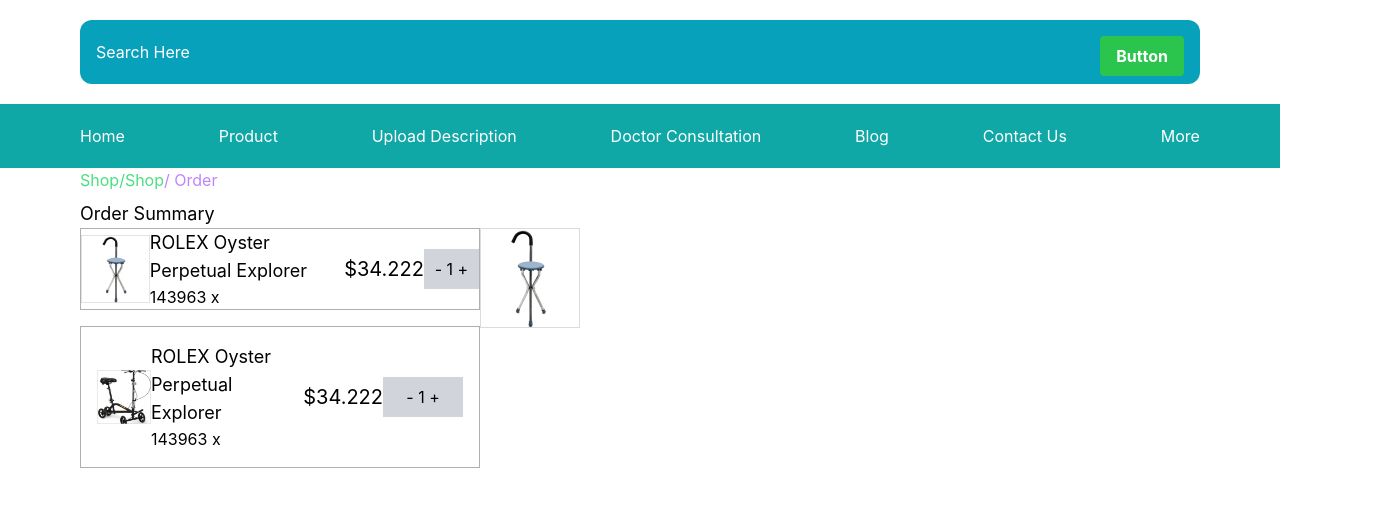
Repository: arafatmollah/pharma
Page: /
These files come from the project's save history. The page is drawn as it stood at one moment and after a run of saves; the edit follows.
The browser window is 1280 px wide. The page is 1280 px wide, then 1380 px, so the pictures cover 1380 px, including what lies to the right of the window. The pictures show the whole page.
The project was rebuilt for these pictures with package versions that can differ from the ones it lists, and the page was loaded fresh each time.

Above is the page before, as saved 2023-03-12 21:48:27.

After the next 2 saves:
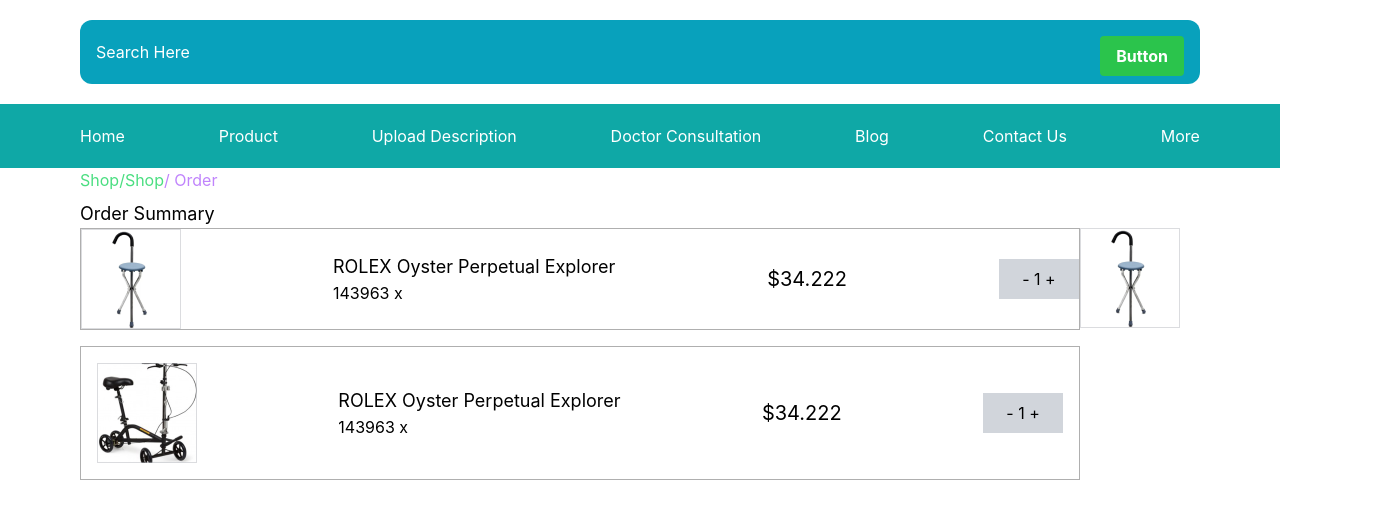
The 2 saves are shown as one change because they came seconds apart.
The last was saved 10 s later.
--- a/src/App.css
+++ b/src/App.css
@@ -21,5 +21,5 @@
 }
 .list{
   display: grid;
-  grid-template-columns: 400px 300px;
+  grid-template-columns: 1000px 300px;
 }
